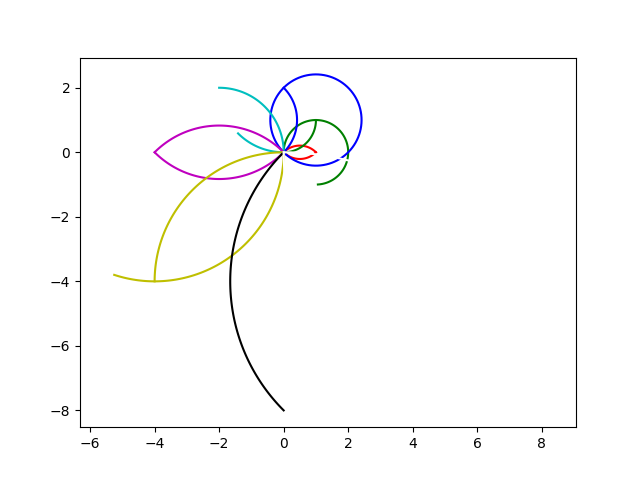
Repository: lbylzkx/Circle-Point-Manuscript
Script's output: python water-lily.py
The author's editor kept a copy of each file at every save. The script's output is drawn from the files as they stood at one save, then again after the next save.
Random numbers start from a fixed seed.

Above is the script's output before, as saved 2023-10-01 15:29:55.

After the next save:
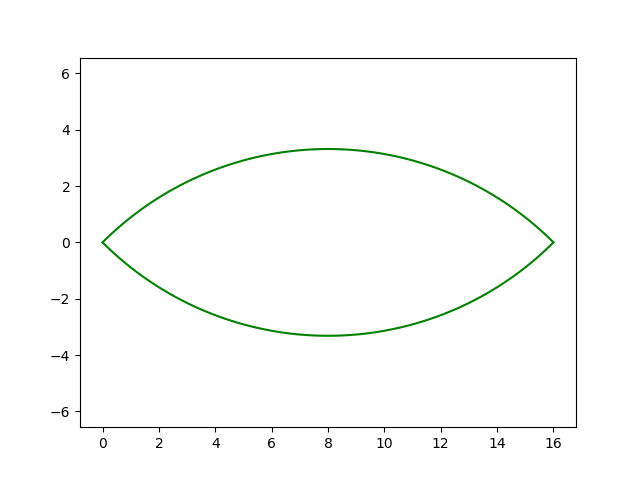
Saved 39 s later.
--- a/water-lily.py
+++ b/water-lily.py
@@ -62,7 +62,8 @@ def onepetal(n, color):
 
 color = ['r', 'g', 'b', 'c', 'm', 'y', 'k', 'w']
 
-for i in range(0, 8):
-    onepetal(i, color[i])
+# for i in range(0, 8):
+#     onepetal(i, color[i])
+onepetal(8, 'g')
 plt.axis('equal')
 plt.show()
